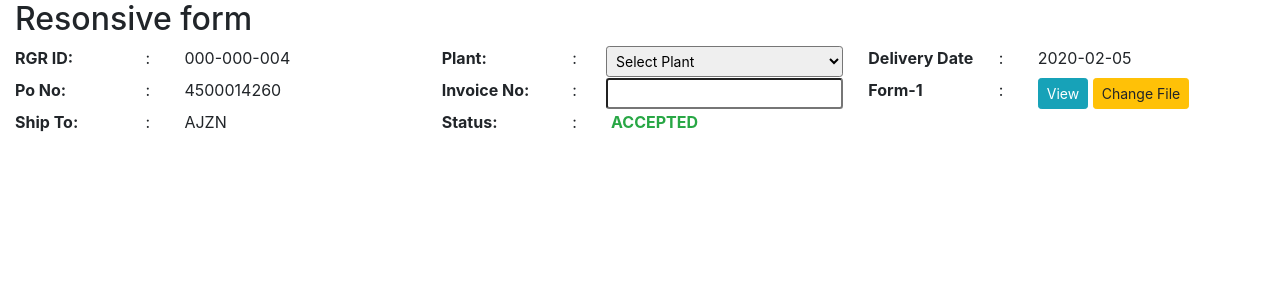
Repository: karthikairasu/Others_work
Page: form.html
The author's editor kept a copy of each file at every save. The page is drawn from the files as they stood at one save, then again after the next save.
The browser window is 1280 px wide. The pictures show the whole page.

Above is the page before, as saved 2020-06-28 17:21:29.

### form.html
<!DOCTYPE html>
<html lang="en">
  <head>
    <title>Bootstrap Example</title>
    <meta charset="utf-8" />
    <meta name="viewport" content="width=device-width, initial-scale=1" />
    <link
      rel="stylesheet"
      href="https://maxcdn.bootstrapcdn.com/bootstrap/4.5.0/css/bootstrap.min.css"
    />
    <script src="https://ajax.googleapis.com/ajax/libs/jquery/3.5.1/jquery.min.js"></script>
    <script src="https://cdnjs.cloudflare.com/ajax/libs/popper.js/1.16.0/umd/popper.min.js"></script>
    <script src="https://maxcdn.bootstrapcdn.com/bootstrap/4.5.0/js/bootstrap.min.js"></script>
  </head>
  <body>
    <div class="container-fluid">
      <h2>Resonsive form</h2>
      <form class="" action="">
        <div class="row">
          <div class="col-md-4">
            <div class="form-row">
              <label class="col-md-4"><b>RGR ID:</b></label>
              <label class="col-md-1 px-0">:</label>
              <label class="col-md-7" id="RGR_ID">000-000-004 </label>
            </div>
            <div class="form-row">
              <label class="col-md-4"><b>Po No:</b></label>
              <label class="col-md-1 px-0">:</label>
              <label class="col-md-7" id="Po_No">4500014260 </label>
            </div>
            <div class="form-row">
              <label class="col-md-4"><b>Ship To:</b></label>
              <label class="col-md-1 px-0">:</label>
              <label class="col-md-7" id="Ship_To">AJZN </label>
            </div>
          </div>
          <div class="col-md-4">
            <div class="form-row">
              <label class="col-md-4"><b>Plant:</b></label>
              <label class="col-md-1 px-0">:</label>
              <select
                class="form-control-sm col-md-7"
                name="plant"
                style="width: 60%;"
                required=""
              >
                <option value="">Select Plant</option>

                <option value="Riyadh">Riyadh</option>

                <option value="Jeddha">Jeddha</option>

                <option value="Dammam">Dammam</option>

                <option value="PMAH ">PMAH </option>
              </select>
            </div>
            <div class="form-row">
              <label class="col-md-4"><b>Invoice No:</b></label>
              <label class="col-md-1 px-0">:</label>
              <input
                type="text"
                class="form-control-sm col-md-7"
                id="Invoice_No"
              />
            </div>
            <div class="form-row">
              <label class="col-md-4"><b>Status:</b></label>
              <label class="col-md-1 px-0">:</label>
              <label class="col-md-7 text-success" id="Status"
                ><b>ACCEPTED</b></label
              >
            </div>
          </div>
          <div class="col-md-4">
            <div class="form-row">
              <label class="col-md-4"><b>Delivery Date</b></label>
              <label class="col-md-1 px-0">:</label>
              <label class="col-md-7" id="Delivery Date">2020-02-05 </label>
            </div>
            <div class="form-row">
              <label class="col-md-4"><b>Form-1</b></label>
              <label class="col-md-1 px-0">:</label>
              <label class="col-md-7" id="form_1">
                <button class="btn btn-info btn-sm">View</button>
                <button class="btn btn-warning btn-sm">Change File</button>
              </label>
            </div>
          </div>
        </div>
      </form>
    </div>
  </body>
</html>

After the next save:
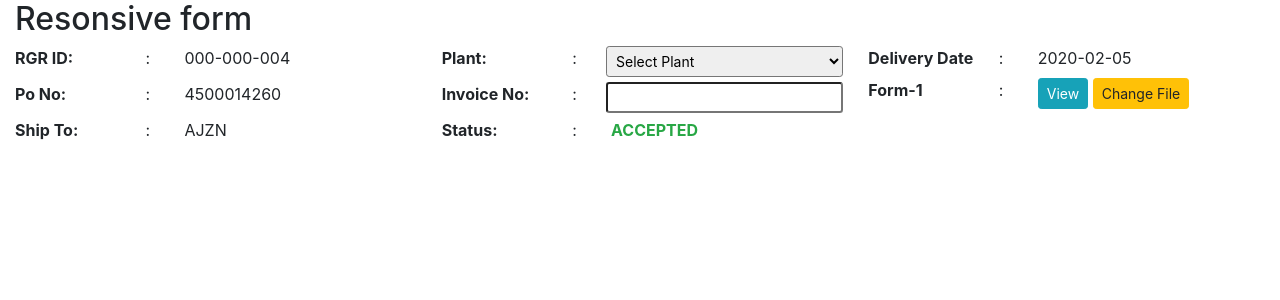
Saved 75 s later.
--- a/form.html
+++ b/form.html
@@ -23,7 +23,7 @@
               <label class="col-md-1 px-0">:</label>
               <label class="col-md-7" id="RGR_ID">000-000-004 </label>
             </div>
-            <div class="form-row">
+            <div class="form-row py-1">
               <label class="col-md-4"><b>Po No:</b></label>
               <label class="col-md-1 px-0">:</label>
               <label class="col-md-7" id="Po_No">4500014260 </label>
@@ -55,7 +55,7 @@
                 <option value="PMAH ">PMAH </option>
               </select>
             </div>
-            <div class="form-row">
+            <div class="form-row py-1">
               <label class="col-md-4"><b>Invoice No:</b></label>
               <label class="col-md-1 px-0">:</label>
               <input
